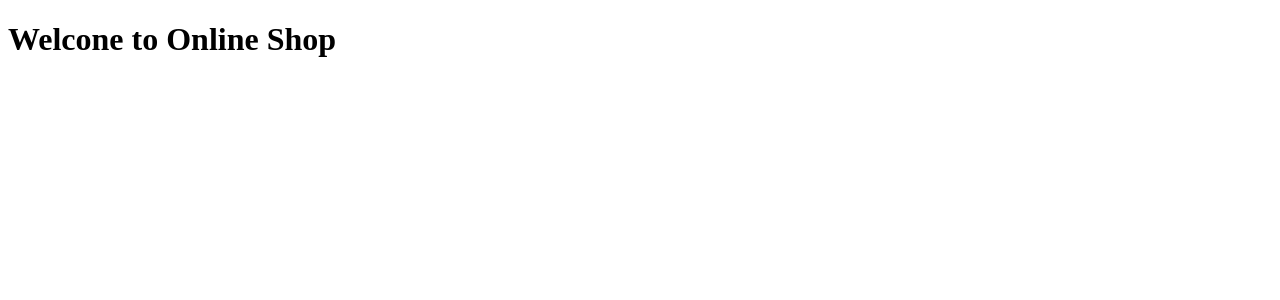
Repository: poojithagujjula/test_on_27
Page: shop/src/main/resources/static/index.html
These files come from the project's save history. The page is drawn as it stood at one moment and after the next save; the edit follows.
The browser window is 1280 px wide. The pictures show the whole page.

Above is the page before, as saved 2025-02-26 10:57:33.

After the next save:
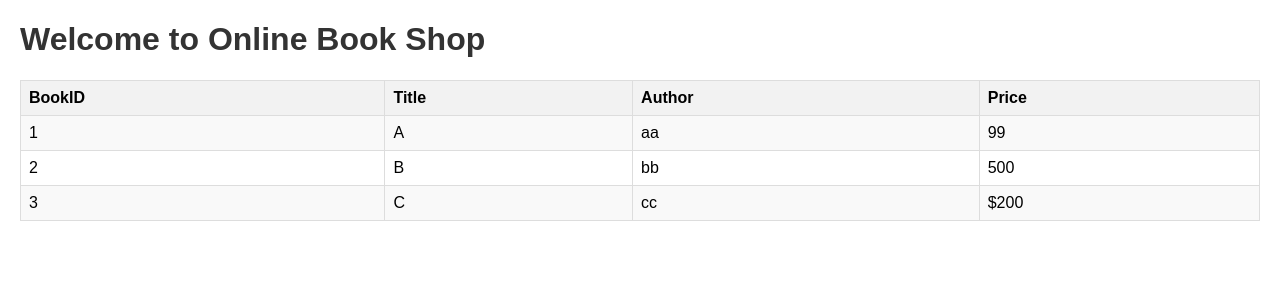
Saved 25 min 13 s later.
--- a/shop/src/main/resources/static/index.html
+++ b/shop/src/main/resources/static/index.html
@@ -1,10 +1,64 @@
 <!DOCTYPE html>
-<html>
-	<head>
-		<title> Online Book Shop </title>
-	</head>
-
-	<body>
-		<h1>Welcone to Online Shop</h1>
-	</body>
+<html lang="en">
+<head>
+    <meta charset="UTF-8">
+    <meta name="viewport" content="width=device-width, initial-scale=1.0">
+    <title>Online Book Shop</title>
+    <style>
+        body {
+            font-family: Arial, sans-serif;
+            margin: 20px;
+        }
+        h1 {
+            color: #333;
+        }
+        table {
+            width: 100%;
+            border-collapse: collapse;
+        }
+        th, td {
+            border: 1px solid #ddd;
+            padding: 8px;
+            text-align: left;
+        }
+        th {
+            background-color: #f2f2f2;
+        }
+        tr:nth-child(even) {
+            background-color: #f9f9f9;
+        }
+        tr:hover {
+            background-color: #f1f1f1;
+        }
+    </style>
+</head>
+<body>
+    <h1>Welcome to Online Book Shop</h1>
+    <table>
+        <tr>
+            <th>BookID</th>
+            <th>Title</th>
+            <th>Author</th>
+            <th>Price</th>
+        </tr>
+        <tr>
+            <td>1</td>
+            <td>A</td>
+            <td>aa</td>
+            <td>99</td>
+        </tr>
+        <tr>
+            <td>2</td>
+            <td>B</td>
+            <td>bb</td>
+            <td>500</td>
+        </tr>
+        <tr>
+            <td>3</td>
+            <td>C</td>
+            <td>cc</td>
+            <td>$200</td>
+        </tr>
+    </table>
+</body>
 </html>
